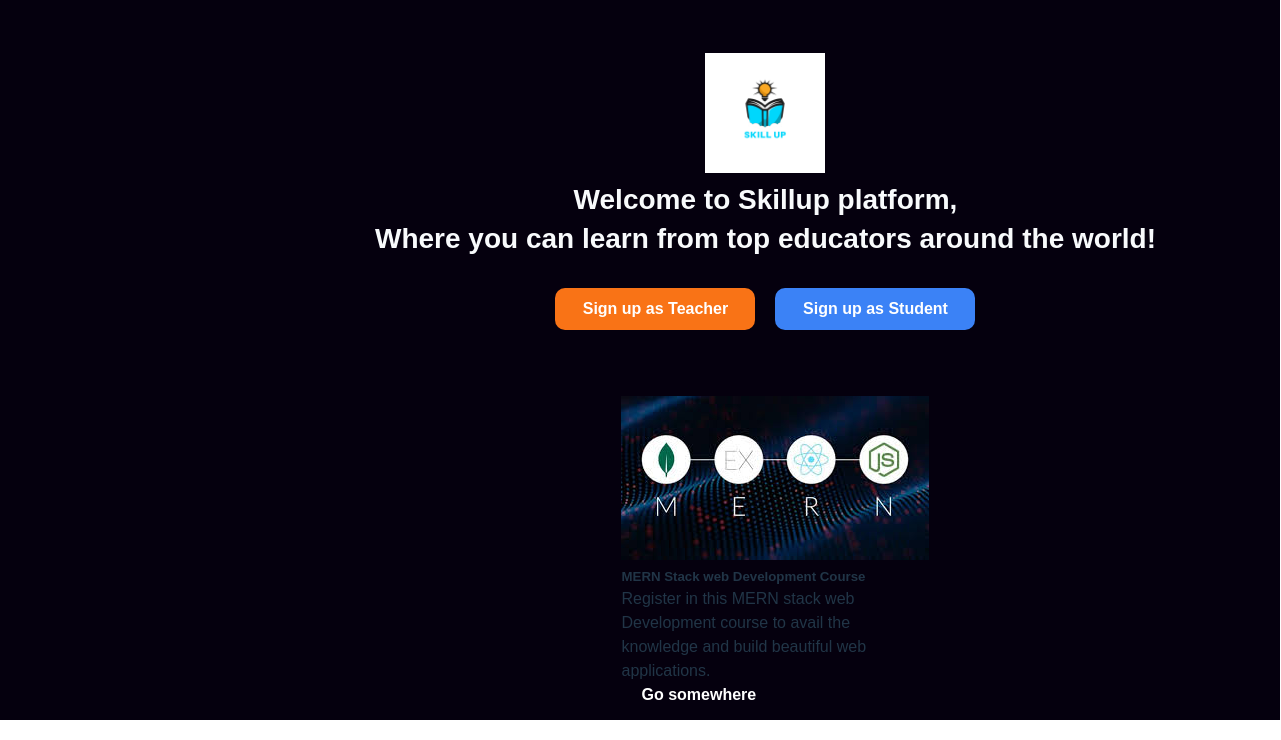
Repository: gowtham-jo/Learning-Management-System
Page: /
The author's editor kept a copy of each file at every save. The page is drawn from the files as they stood at one save, then again after a run of saves.
The browser window is 1280 px wide. The page is 1281 px wide, then 1280 px, then 1281 px, so the pictures cover 1281 px, including what lies to the right of the window. The pictures show the whole page.
The project was rebuilt for these pictures with package versions that can differ from the ones it lists, and the page was loaded fresh each time. Also part of the build but not shown: vite.config.js, src/StudentRegistration.jsx, src/TeacherRegistration.jsx.

Above is the page before, as saved 2026-01-27 19:59:56.

After the next 2 saves:
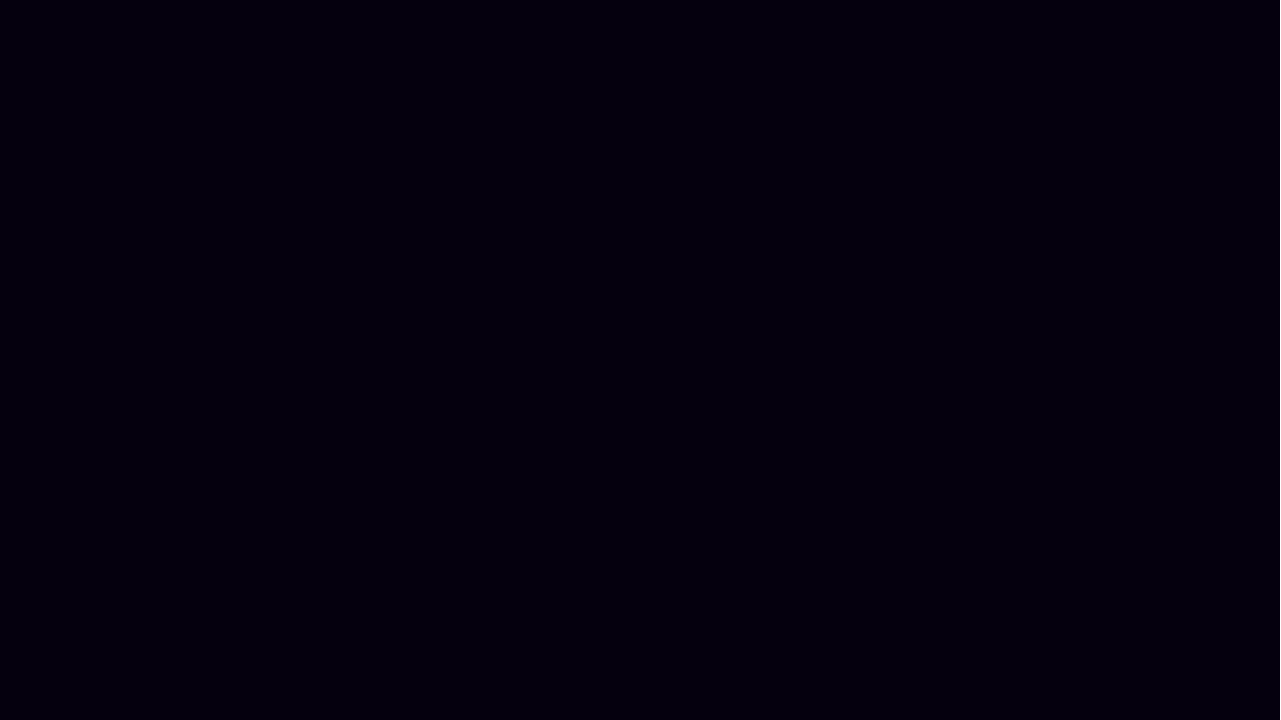
Console error: ReferenceError: border is not defined
The 2 saves are shown as one change because they came seconds apart.
The last was saved 16 s later.
--- a/src/Homepage.jsx
+++ b/src/Homepage.jsx
@@ -35,7 +35,7 @@
       </div>
       <div className="card" style={{ width: "18rem" }}>
         <img src={mern} className="card-img-top" alt="..." />
-          <div className="card-body" style={{ borderRadius: "10px" }}>
+          <div className="card-body" style={{ borderRadius: "10px" ,border}}>
             <h5 className="card-title">MERN Stack web Development Course</h5>
             <p className="card-text">Register in this MERN stack web Development course to avail the knowledge and build beautiful web applications.</p>
             <a href="#" className="btn btn-primary">Go somewhere</a>

After the 3 saves that followed:
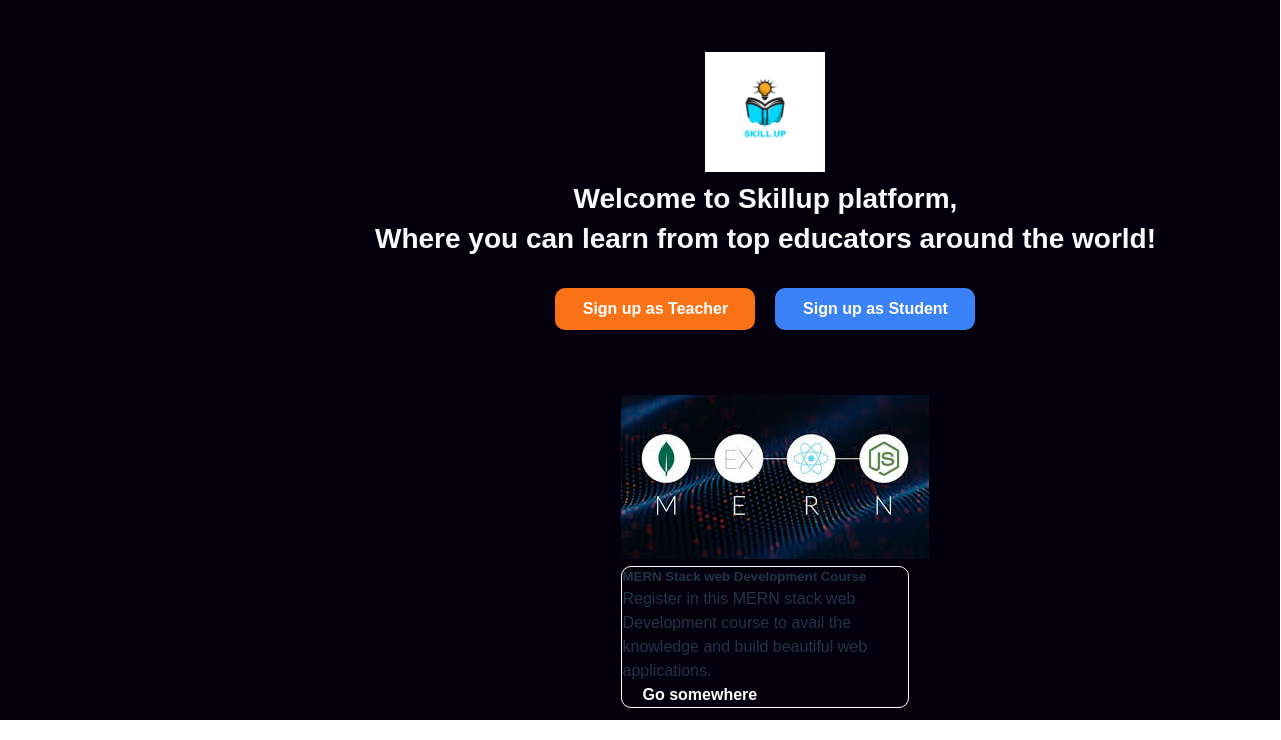
The error is gone.
The 3 saves are shown as one change because 1 did not build or start and some came seconds apart.
The last was saved 11 s later.
--- a/src/Homepage.jsx
+++ b/src/Homepage.jsx
@@ -35,7 +35,7 @@
       </div>
       <div className="card" style={{ width: "18rem" }}>
         <img src={mern} className="card-img-top" alt="..." />
-          <div className="card-body" style={{ borderRadius: "10px" ,border}}>
+          <div className="card-body" style={{ borderRadius: "10px" ,border:"1px white solid"}}>
             <h5 className="card-title">MERN Stack web Development Course</h5>
             <p className="card-text">Register in this MERN stack web Development course to avail the knowledge and build beautiful web applications.</p>
             <a href="#" className="btn btn-primary">Go somewhere</a>
